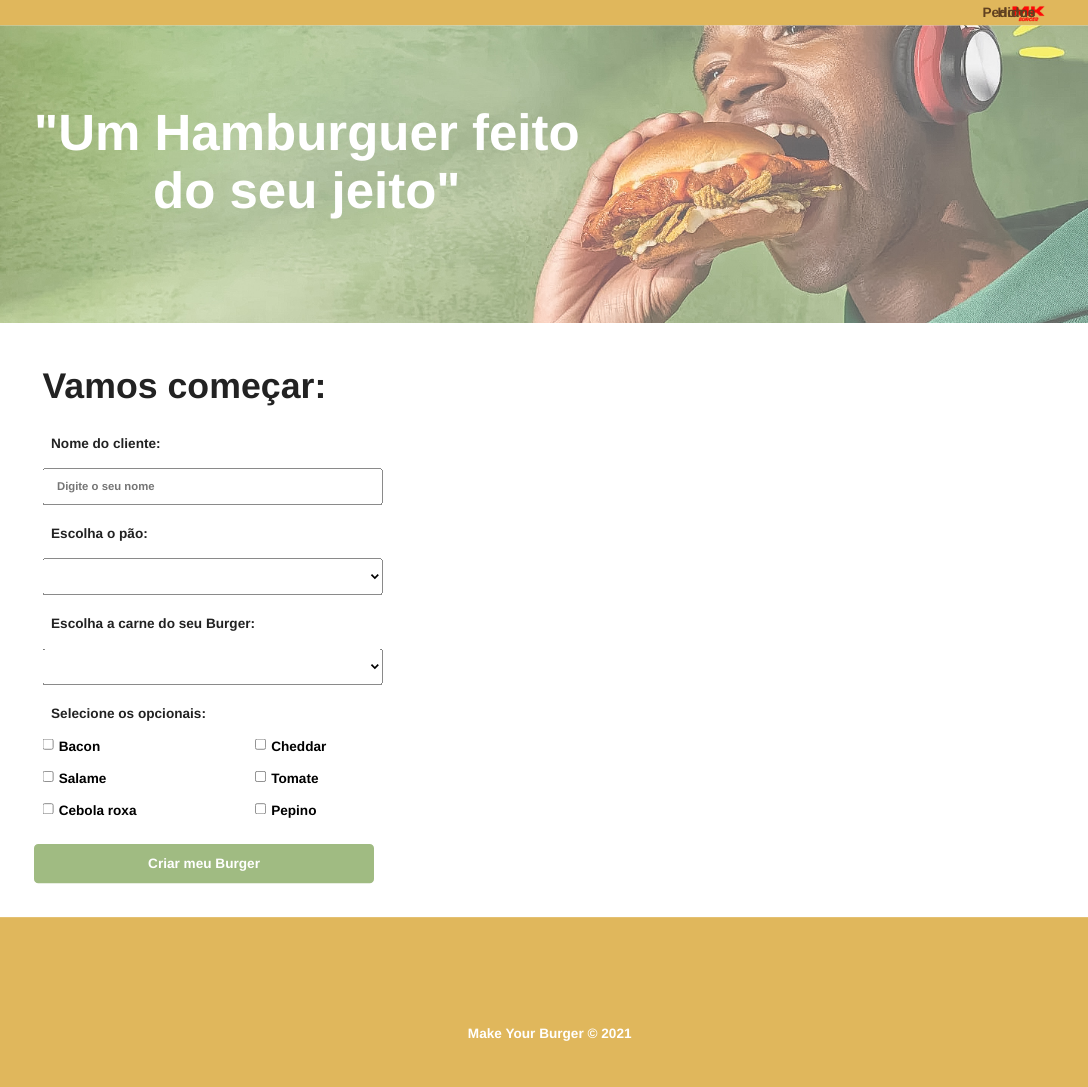
Repository: MarcoantonioCaldeira/Sistema-para-Hamburgueria
Page: /
These files come from the project's save history. The page is drawn as it stood at one moment and after the next save; the edit follows.
The browser window is 1280 px wide. The pictures show the whole page, at 85% of full size.
The project was rebuilt for these pictures with package versions that can differ from the ones it lists, and the page was loaded fresh each time. Requests to the local data server were answered from the project's data file. Also part of the build but not shown: vue.config.js.

Above is the page before, as saved 2022-11-02 18:09:28.

After the next save:
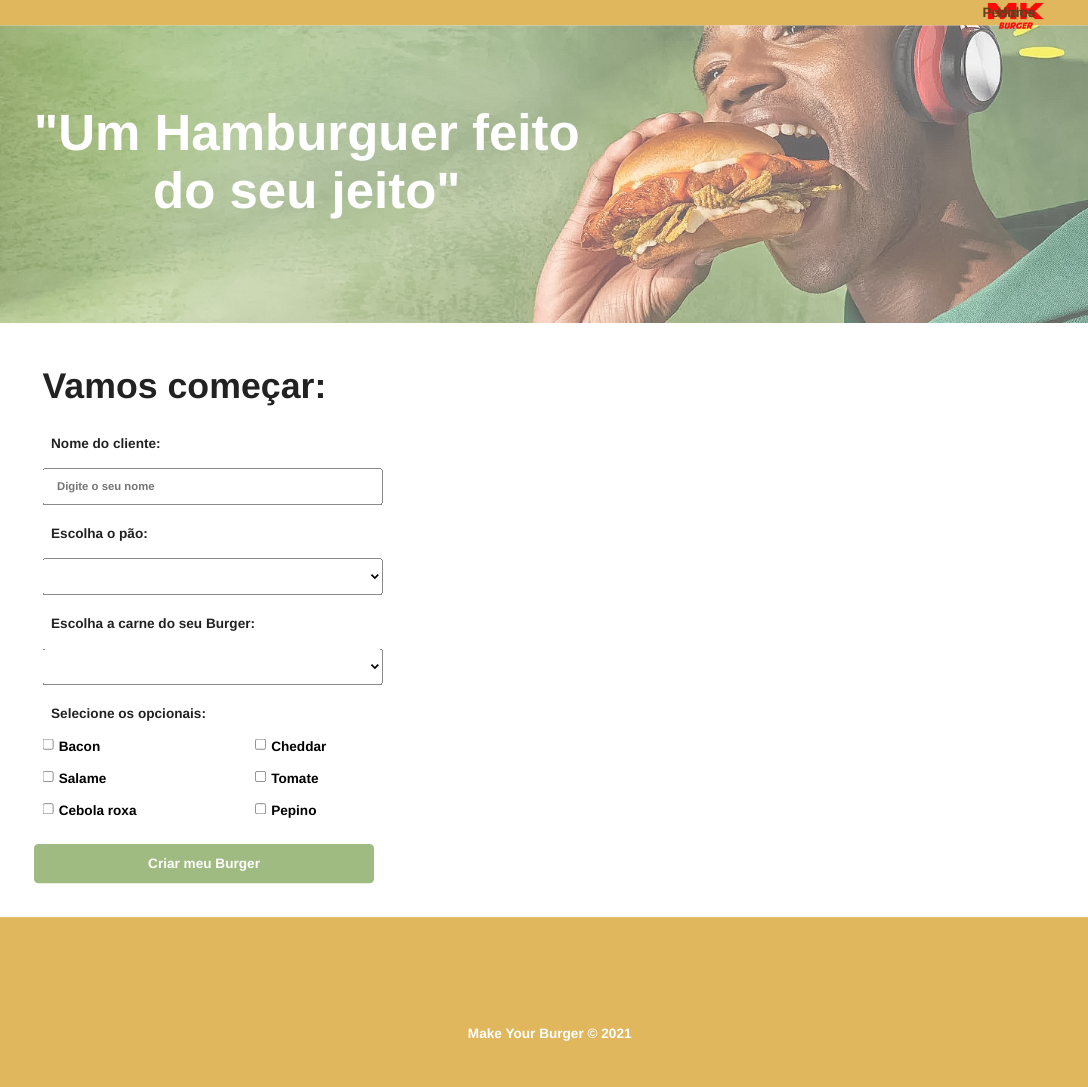
Saved 4 h 18 min later.
--- a/src/components/Navbar.vue
+++ b/src/components/Navbar.vue
@@ -30,8 +30,8 @@
       }
 
       #logo{
-        width: 40px;
-        height: 40px;
+        width: 70px;
+        height: 70px;
       }
 
       #nav a{
